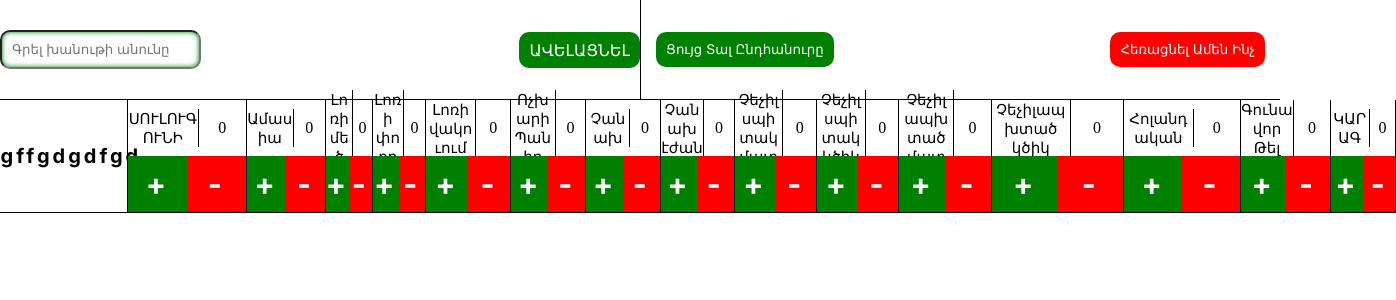
Repository: AbApin/amasia
Page: /
An editor plug-in stored every save of this project. The page is shown before and after the next save, followed by the edit.
The browser window is 1280 px wide. The page is 1396 px wide, so the pictures cover 1396 px, including what lies to the right of the window. The pictures show the whole page.
The project was rebuilt for these pictures with package versions that can differ from the ones it lists, and the page was loaded fresh each time. Also part of the build but not shown: vue.config.js.

Above is the page before, as saved 2023-02-03 11:45:47.

### public/index.html
<!DOCTYPE html>
<html lang="">
  <head>
    <meta charset="utf-8" />
    <meta http-equiv="X-UA-Compatible" content="IE=edge" />
    <meta name="viewport" content="width=device-width,initial-scale=1.0" />
    <link rel="icon" href="<%= BASE_URL %>favicon.ico" />
    <title><%= htmlWebpackPlugin.options.title %></title>
    <link
      href="https://fonts.googleapis.com/css?family=Inter:100,200,300,regular,500,600,700,800,900"
      rel="stylesheet"
    />
  </head>
  <body>
    <noscript>
      <strong
        >We're sorry but <%= htmlWebpackPlugin.options.title %> doesn't work properly without
        JavaScript enabled. Please enable it to continue.</strong
      >
    </noscript>
    <div id="app"></div>
    <!-- built files will be auto injected -->
  </body>
</html>

### src/main.js
import Vue from 'vue';
import App from './App.vue';
import store from './store';
store.subscribe((mutation, state) => {
  localStorage.setItem('xanutner', JSON.stringify(state.xanutner));
  localStorage.setItem('datarkXanutner', JSON.stringify(state.isEmpty));
});
Vue.config.productionTip = false;

new Vue({
  store,
  render: (h) => h(App),
}).$mount('#app');

### src/App.vue
<template>
  <div id="app">
    <div class="header">
      <div class="avelacnelXanut">
        <input type="text" class="avelacnelInput" placeholder="Գրել խանութի անունը">
        <button class="avelacnelBtn">Ավելացնել</button>
      </div>
      <div class="cuycTal">
        <button class="cuycTalBtn" @click="isClick = true">ցույց տալ ընդհանուրը</button>
        <button class="heracnelBtn" @click="REMOVEALL">հեռացնել ամեն ինչ</button>
      </div>
      <div v-show="isClick" class="endhanurQanak">
        <button @click="isClick = false" class="closeBtn">X</button>
        <div class="endhanurQanakInner" :class="!ISEMPTY ? 'ovAuto' : ''">
          <p v-if="ISEMPTY" class="noProducts">Ոչ մի ապրանք</p>
          <ul class="endhanurQanakiList">
            <li
              v-for="xanutiAnun in Object.keys(ZAKAZNER)"
              :key="xanutiAnun"
              class="endhanurQanakiListItem"
            >
              <p class="endhanurQanakiListItemXanutiAnun">{{ xanutiAnun }}</p>
              <ul class="endhanurApranqneriList">
                <li
                  v-for="endhanurApranq in ZAKAZNER[xanutiAnun]"
                  :key="endhanurApranq.anun"
                  class="endhanurApranqneriListItem"
                >
                  <p class="endhanurApranqneriListItemAnun">{{ endhanurApranq.anun }}</p>
                  <p class="endhanurApranqneriListItemQanak">{{ endhanurApranq.qanak }}</p>
                </li>
              </ul>
            </li>
          </ul>
        </div>
      </div>
    </div>
    <div class="content">
      <ul class="contentList">
        <li v-for="xanutiAnun in Object.keys(XANUTNER)" :key="xanutiAnun" class="contentItem">
          <p class="xanutiAnun">{{ xanutiAnun }}</p>
          <ul class="apranqneriList">
            <li
              v-for="(apranq, apranqiHamar) in XANUTNER[xanutiAnun]"
              :key="apranqiHamar"
              class="apranqneriListItem"
            >
              <div class="apranqiText">
                <p class="apranqiAnun">{{ apranq.anun }}</p>
                <p class="apranqiQanak">{{ apranq.qanak }}</p>
              </div>
              <div class="apranqiAvelPakas">
                <button class="plus apranqiBtn" @click="AVELACNEL({ xanutiAnun, apranqiHamar })">
                  +
                </button>
                <button class="minus apranqiBtn" @click="PAKASACNEL({ xanutiAnun, apranqiHamar })">
                  -
                </button>
              </div>
            </li>
          </ul>
        </li>
      </ul>
    </div>
  </div>
</template>

<script>
import { mapGetters, mapMutations } from 'vuex';
export default {
  name: 'App',
  components: {},
  data() {
    return {
      isClick: false,
    };
  },
  beforeMount() {
    this.INITIAL();
  },
  methods: {
    ...mapMutations(['AVELACNEL', 'PAKASACNEL', 'INITIAL', 'REMOVEALL']),
  },
  computed: {
    ...mapGetters(['XANUTNER', 'ZAKAZNER', 'ISEMPTY']),
  },
};
</script>

<style>
@import './app.css';
</style>

### src/store/index.js
import Vuex from 'vuex';
import Vue from 'vue';

Vue.use(Vuex);

const store = new Vuex.Store({
  state: {
    xanutner: {
      cgffgdgdfgd: [
        { anun: 'ՍՈՒԼՈՒԳՈՒՆԻ', qanak: 0 },
        { anun: 'Ամասիա', qanak: 0 },
        { anun: 'Լոռի մեծ', qanak: 0 },
        { anun: 'Լոռի փոքր', qanak: 0 },
        { anun: 'Լոռի վակուում', qanak: 0 },
        { anun: 'Ոչխարի Պանիր', qanak: 0 },
        { anun: 'Չանախ', qanak: 0 },
        { anun: 'Չանախ էժան', qanak: 0 },
        { anun: 'Չեչիլ սպիտակ մատ', qanak: 0 },
        { anun: 'Չեչիլ սպիտակ կծիկ', qanak: 0 },
        { anun: 'Չեչիլ ապխտած մատ', qanak: 0 },
        { anun: 'Չեչիլապխտած կծիկ', qanak: 0 },
        { anun: 'Հոլանդական', qanak: 0 },
        { anun: 'Գունավոր Թել', qanak: 0 },
        { anun: 'ԿԱՐԱԳ', qanak: 0 },
      ],
    },
    isEmpty: true,
  },
  mutations: {
    AVELACNEL(state, payload) {
      state.xanutner[payload.xanutiAnun][payload.apranqiHamar].qanak += 1;
    },
    PAKASACNEL(state, payload) {
      let qanak = state.xanutner[payload.xanutiAnun][payload.apranqiHamar].qanak;
      if (qanak >= 1) {
        state.xanutner[payload.xanutiAnun][payload.apranqiHamar].qanak -= 1;
      }
      console.log(state.$getters.ZAKAZNER);
    },
    INITIAL(state) {
      if (localStorage.getItem('xanutner')) {
        state.xanutner = JSON.parse(localStorage.xanutner);
      } else if (localStorage.getItem('datarkXanutner')) {
        state.isEmpty = JSON.parse(localStorage.datarkXanutner);
      }
    },
    REMOVEALL(state) {
      Object.keys(state.xanutner).forEach((xanut) => {
        state.xanutner[xanut].map((el) => {
          el.qanak = 0;
        });
      });
      state.isEmpty = true;
    },
  },
  getters: {
    XANUTNER(state) {
      localStorage.setItem('key', JSON.stringify(state));
      return state.xanutner;
    },
    ZAKAZNER(state) {
      let zakazner = {};
      Object.keys(state.xanutner).forEach((xanut) => {
        zakazner[xanut] = state.xanutner[xanut].filter(function (el) {
          return el.qanak > 0;
        });
        if (zakazner[xanut].length === 0) {
          delete zakazner[xanut];
        }
      });
      Object.keys(zakazner).forEach((zakaz) => {
        if (zakazner[zakaz].length === 0) {
          state.isEmpty = true;
        } else {
          state.isEmpty = false;
        }
      });

      return zakazner;
    },
    ISEMPTY(state) {
      return state.isEmpty;
    },
  },
});

export default store;

### src/app.css
*,
*::after,
*::before {
  margin: 0;
  padding: 0;
  box-sizing: border-box;
}
ul {
  list-style: none;
}
#app {
  display: flex;
  flex-direction: column;
  min-height: 100vh;
}
.header {
  display: flex;
  justify-content: space-between;
  width: 100%;
  height: 100px;
  border-bottom: 1px solid #000;
}
.avelacnelXanut {
  display: flex;
  justify-content: space-between;
  width: 50%;
  gap: 20px;
  align-items: center;
}
.avelacnelBtn {
  font-family: 'Inter';
  font-size: 16px;
  line-height: 1;
  text-transform: uppercase;
  border: none;
  padding: 10px;
  background: green;
  color: #fff;
  border-radius: 10px;
}
.avelacnelInput {
  padding: 10px;
  border-radius: 10px;
  outline: none;
  box-shadow: inset 0 0 5px green;
}
.contentList {
  display: flex;
  flex-direction: column;
}
.contentItem {
  display: flex;
  justify-content: space-between;
}
.xanutiAnun {
  display: flex;
  align-items: center;
  justify-content: center;
  width: 10%;
  font-family: 'Inter';
  font-size: 20px;
  font-weight: 700;
  letter-spacing: 3px;
  word-wrap: break-word;
  padding: 20px 30px;
  border: 1px solid #000;
  border-top: 0;
  border-left: 0;
}
.apranqneriList {
  width: 90%;
  display: flex;
  justify-content: space-between;
}
.apranqneriListItem {
  display: flex;
  flex-direction: column;
  flex: 1 1 0;
  border: 1px solid #000;
  border-top: 0;
  border-left: 0;
}
.apranqiText {
  display: flex;
  justify-content: space-between;
  align-items: center;
  height: 50%;
}
.apranqiAnun {
  font-family: 'Inter';
  font-size: 15px;
  font-weight: 500;
  word-wrap: break-word;
  text-align: center;
  width: 60%;
  border-right: 1px solid #000;
}
.apranqiQanak {
  display: flex;
  justify-content: center;
  align-items: center;
  width: 40%;
}
.apranqiAvelPakas {
  display: flex;
  justify-content: space-between;
  width: 100%;
  height: 50%;
}
.apranqiBtn {
  display: inline-flex;
  justify-content: center;
  align-items: center;
  font-family: 'Inter';
  font-size: 30px;
  font-weight: 700;
  letter-spacing: 3px;
  border: none;
  color: #fff;
  width: 50%;
  cursor: pointer;
}
.plus {
  background: green;
}
.minus {
  background: red;
}
.cuycTal {
  width: 50%;
  display: flex;
  align-items: center;
  justify-content: space-between;
  gap: 10px;
  padding: 15px;
  border-left: 1px solid #000;
}
.heracnelBtn,
.cuycTalBtn {
  display: inline-block;
  padding: 10px;
  border-radius: 10px;
  border: none;
  color: #fff;
  text-transform: capitalize;
  cursor: pointer;
  transition: all 0.3s linear;
}
.heracnelBtn {
  background: red;
}
.cuycTalBtn {
  background: green;
}

/* endahnur */
.endhanurQanak {
  display: flex;
  justify-content: center;
  align-items: center;
  position: fixed;
  z-index: 999;
  top: 0;
  left: 0;
  width: 100%;
  height: 100%;
  background-color: rgba(0, 0, 0, 0.7);
}
.endhanurQanakInner {
  width: 90%;
  height: 90%;
  background: #fff;
  box-shadow: 0 0 10px #fff;
  border-radius: 20px;
}
.ovAuto {
  overflow: auto;
}
.endhanurQanakiList {
  display: flex;
  flex-direction: column;
  justify-content: space-between;
  height: 100%;
}
.endhanurQanakiListItem {
  display: flex;
  align-items: center;
  flex: 1 1 0;
  border-bottom: 1px solid #000;
}
.endhanurQanakiListItem:last-child {
  border-bottom: none;
}
.endhanurQanakiListItemXanutiAnun {
  border-right: 1px solid #000;
  width: 10%;
  display: flex;
  align-items: center;
  justify-content: center;
  height: 100%;
  font-family: 'Inter';
  font-size: 18px;
  letter-spacing: 1px;
  text-transform: capitalize;
}
.endhanurApranqneriList {
  height: 100%;
  width: 90%;
  display: flex;
  flex-direction: column;
  justify-content: space-between;
  overflow: auto;
}
.endhanurApranqneriListItem {
  display: flex;
  gap: 10px;
  flex: 1 1 0;
  align-items: center;
  justify-content: flex-start;
  padding: 10px;
  border-bottom: 1px solid #000;
}
.endhanurApranqneriListItem:last-child {
  border-bottom: none;
}
.endhanurApranqneriListItemQanak {
  color: red;
  font-size: 25px;
  font-family: 'Inter';
  font-weight: 700;
}
.endhanurApranqneriListItemAnun {
  font-weight: bold;
  font-size: 20px;
}
.noProducts {
  display: flex;
  justify-content: center;
  align-items: center;
  font-size: 2rem;
  font-family: 'Inter';
  font-style: italic;
  font-weight: 700;
  width: 100%;
  height: 100%;
  padding: 20px;
}
.closeBtn {
  display: inline-block;
  color: #fff;
  font-size: 25px;
  position: absolute;
  right: 15px;
  top: 5px;
  background: transparent;
  border: none;
  cursor: pointer;
}

@media screen and (max-width: 767px) {
  .header {
    flex-direction: column-reverse;
    height: 150px;
  }
  .avelacnelXanut {
    padding: 20px;
    height: 50%;
    width: 100%;
  }
  .cuycTal {
    width: 100%;
    height: 50%;
    gap: 5px;
    padding: 10px;
    border: 0;
    border-bottom: 1px solid #000;
  }
  .heracnelBtn,
  .cuycTalBtn {
    font-size: 12px;
    line-height: 1.1;
    padding: 7px;
  }
  .xanutiAnun {
    font-size: 16px;
    letter-spacing: 0;
    word-break: break-word;
    width: 33%;
    padding: 10px;
    text-align: center;
  }
  .apranqneriList {
    overflow: auto;
  }
  .apranqneriListItem {
    min-width: 150px;
  }
  .endhanurQanakiListItemXanutiAnun {
    width: 50%;
    letter-spacing: 0;
    font-size: 16px;
    padding: 5px;
  }
}

After the next save:
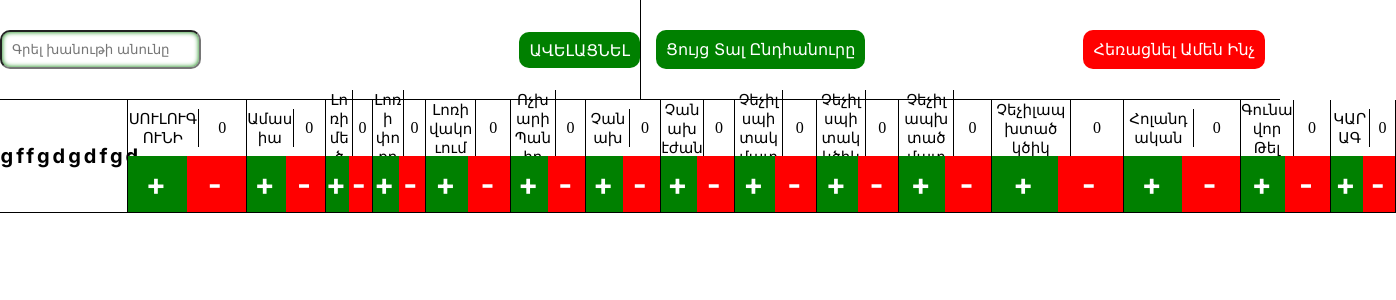
Saved 7 s later.
--- a/src/app.css
+++ b/src/app.css
@@ -138,6 +138,7 @@ ul {
 .heracnelBtn,
 .cuycTalBtn {
   display: inline-block;
+  font-size: 16px;
   padding: 10px;
   border-radius: 10px;
   border: none;
